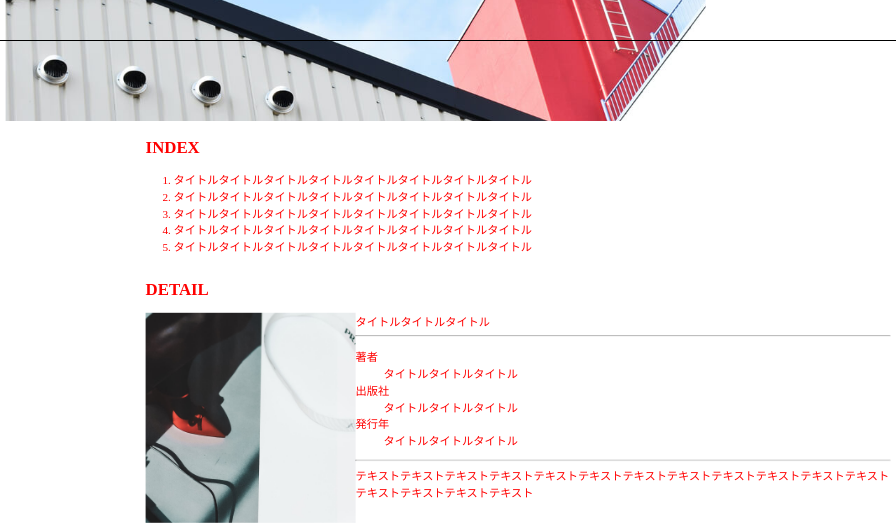
Repository: daytime/LP-study
Page: photo_book/index.html
An editor plug-in stored every save of this project. The page is shown before and after the next save, followed by the edit.
The browser window is 1280 px wide. The pictures show the part of the page from y = 307 to 2227 px (the page is 1062 px tall before and 3574 px after), at 70% of full size.

Above is the page before, as saved 2025-01-29 12:27:22.

After the next save:
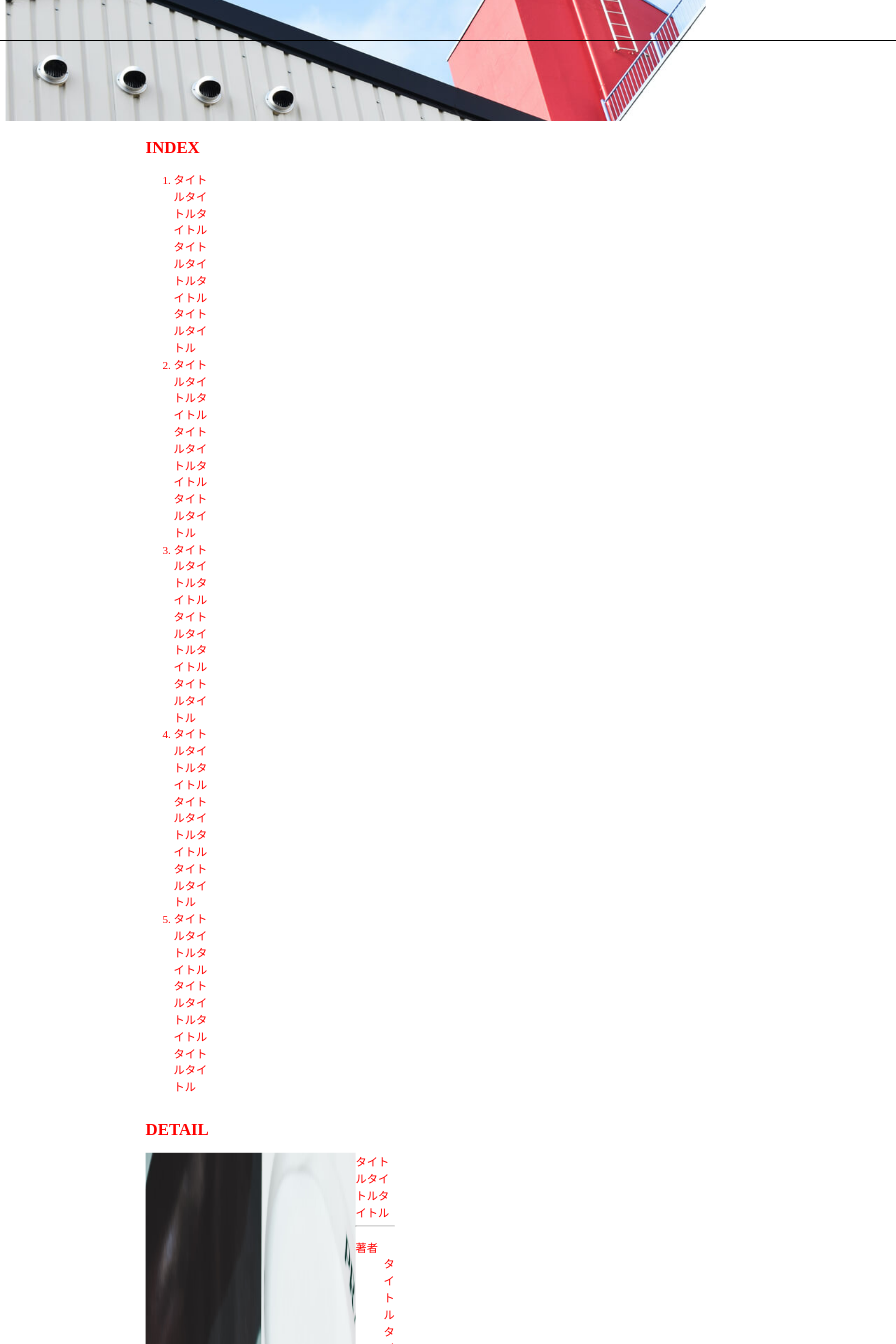
Saved 40 s later.
--- a/photo_book/style.css
+++ b/photo_book/style.css
@@ -1,3 +1,7 @@
+.main {
+  width: 300px;
+}
+
 #index {
   color: red;
   margin-left: 200px;

After the save that followed:
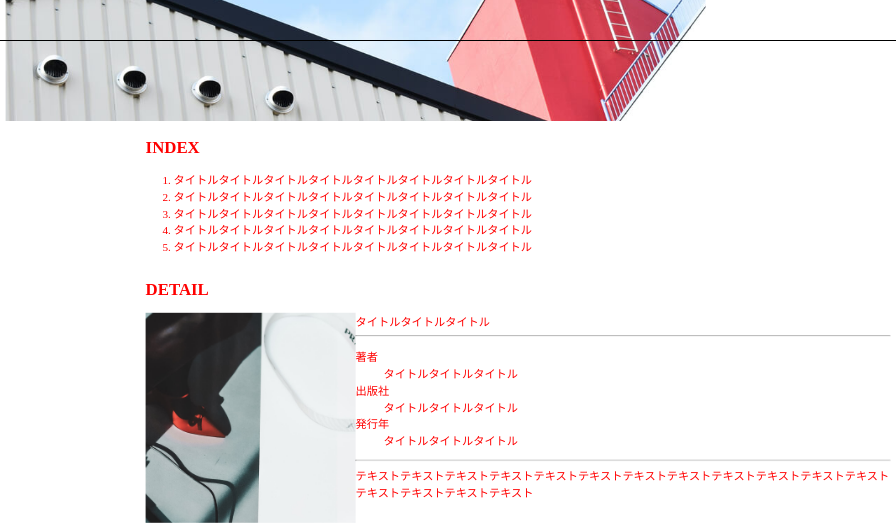
Saved 35 s later.
--- a/photo_book/index.html
+++ b/photo_book/index.html
@@ -13,7 +13,7 @@
       <h1>PHOTO BOOK</h1>
     </header>
     <img src="img/mainvisual.jpg" alt="ロゴ" />
-    <aside class="main">
+    <aside class="">
       <section id="index">
         <div>
           <h2>INDEX</h2>
